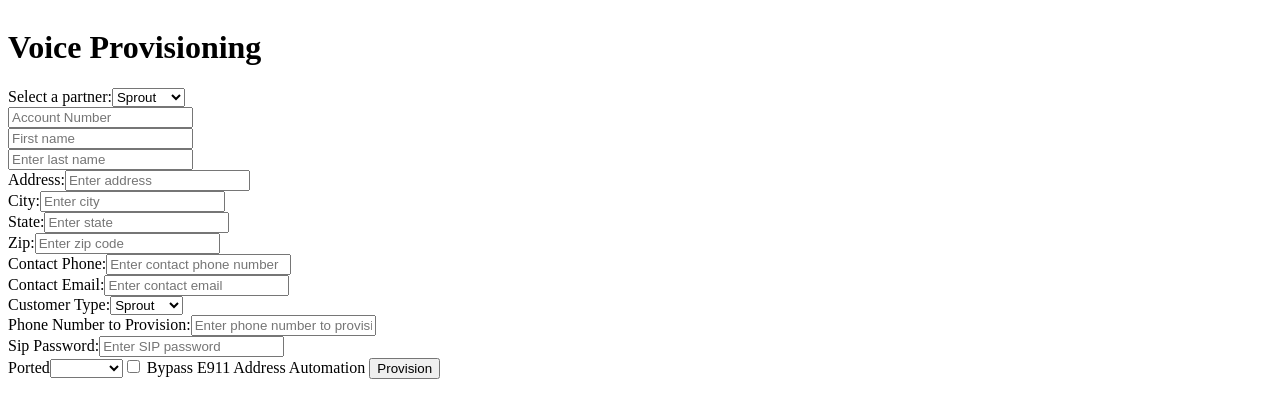
Repository: smallchungus/logiccom
Page: /
The author's editor kept a copy of each file at every save. The page is drawn from the files as they stood at one save, then again after a run of saves.
The browser window is 1280 px wide. The pictures show the whole page.
The project was rebuilt for these pictures with package versions that can differ from the ones it lists, and the page was loaded fresh each time. Also part of the build but not shown: vite.config.ts.

Above is the page before, as saved 2023-05-04 11:08:42.

### src/App.vue
<template>

<header>
  <h1>Voice Provisioning</h1>
</header>

<form>
      <div class="form-group">
        <label for="partner">Select a partner:</label>
        <select id="partner" name="partner">
          <option value="Sprout">Sprout</option>
          <option value="option2">Option 2</option>
        </select>
      </div>

      <div class="form-group">
        <input type="text" id="accountNum" name="accountNum" placeholder="Account Number">
      </div>

      <div class="form-group">
        <input type="text" id="firstName" name="firstName" placeholder="First name">
      </div>

      <div class="form-group">
        <label for="lastName"></label>
        <input type="text" id="lastName" name="lastName" placeholder="Enter last name">
      </div>

      <div class="form-group">
        <label for="address">Address:</label>
        <input type="text" id="address" name="address" placeholder="Enter address">
      </div>

      <div class="form-group">
        <label for="city">City:</label>
        <input type="text" id="city" name="city" placeholder="Enter city">
      </div>

      <div class="form-group">
        <label for="state">State:</label>
        <input type="text" id="state" name="state" placeholder="Enter state">
      </div>

      <div class="form-group">
        <label for="zip">Zip:</label>
        <input type="text" id="zip" name="zip" placeholder="Enter zip code">
      </div>

      <div class="form-group">
        <label for="contactPhone">Contact Phone:</label>
        <input type="text" id="contactPhone" name="contactPhone" placeholder="Enter contact phone number">
      </div>

      <div class="form-group">
        <label for="contactEmail">Contact Email:</label>
        <input type="text" id="contactEmail" name="contactEmail" placeholder="Enter contact email">
      </div>

      <div class="form-group">
        <label for="customerType">Customer Type:</label>
        <select id="customerType" name="customerType">
          <option value="Sprout">Sprout</option>
          <option value="option2">Option 2</option>
        </select>
      </div>

      <div class="form-group">
        <label for="phoneToProv">Phone Number to Provision:</label>
        <input type="text" id="phoneToProv" name="phoneToProv" placeholder="Enter phone number to provision">
      </div>

      <div class="form-group">
        <label for="sipPassword">Sip Password:</label>
        <input type="text" id="sipPassword" name="sipPassword" placeholder="Enter SIP password">
      </div>


    <label for="ported">Ported</label>
    <select id="ported" name="ported">
      <option value=""></option>
      <option value="option2">Option 2</option>
    </select>

    <label>
      <input type="checkbox" >
      Bypass E911 Address Automation
    </label>

    <button type="submit">Provision</button>
  </form>
</template>

<style>
@media (min-width: 1024px) {
  header {
    display: flex;
    place-items: center;
    padding-right: calc(var(--section-gap) / 2);
  }

  .logo {
    margin: 0 2rem 0 0;
  }

  header .wrapper {
    display: flex;
    place-items: flex-start;
    flex-wrap: wrap;
  }
}
</style>

Loaded but not shown: index.html (common file); src/main.ts (common file)

After the next 2 saves:
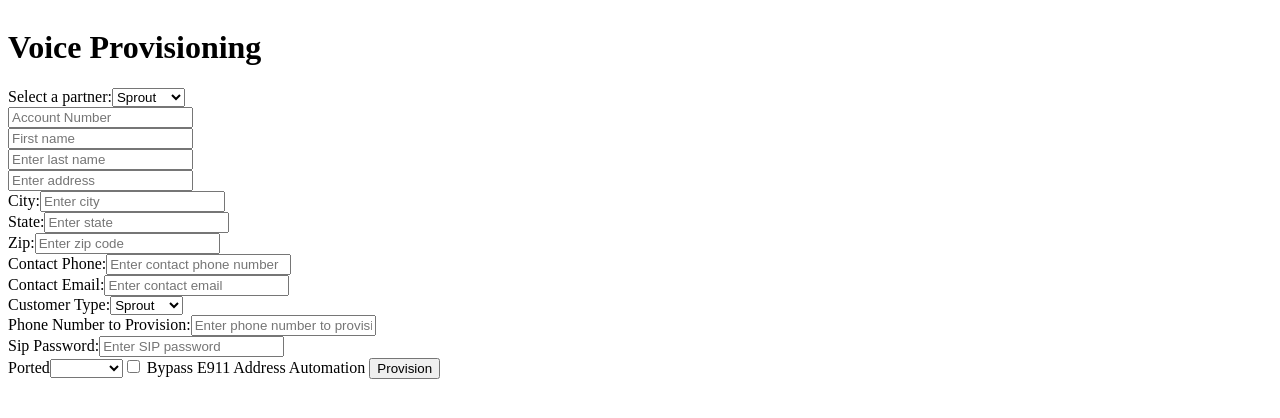
The 2 saves are shown as one change because they came seconds apart.
The last was saved 7 s later.
--- a/src/App.vue
+++ b/src/App.vue
@@ -22,12 +22,10 @@
       </div>
 
       <div class="form-group">
-        <label for="lastName"></label>
         <input type="text" id="lastName" name="lastName" placeholder="Enter last name">
       </div>
 
       <div class="form-group">
-        <label for="address">Address:</label>
         <input type="text" id="address" name="address" placeholder="Enter address">
       </div>
 
